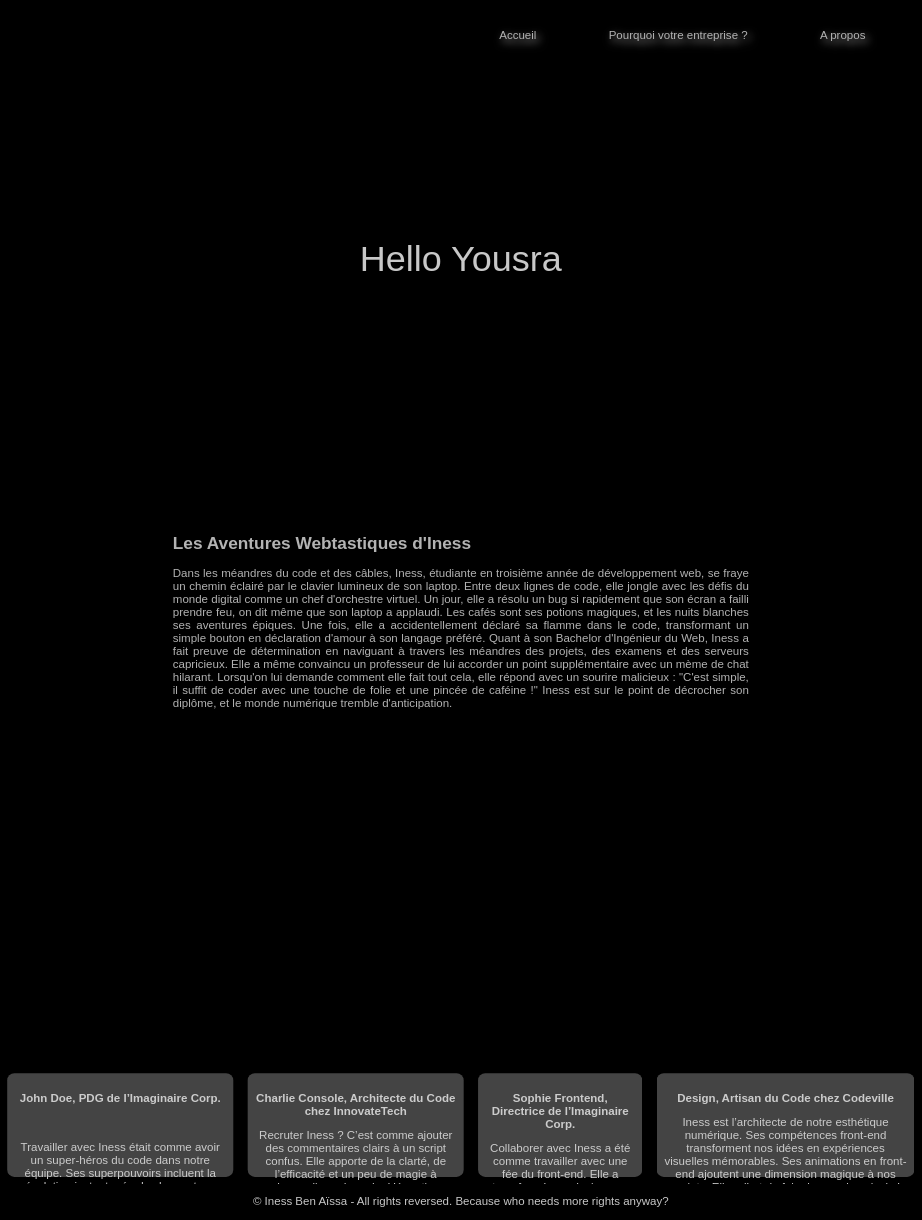
Repository: inessben/application
Page: index.html
An editor plug-in stored every save of this project. The page is shown before and after the next save, followed by the edit.
The browser window is 1280 px wide. The pictures show the whole page, at 72% of full size.

Above is the page before, as saved 2023-12-03 20:29:55.

After the next save:
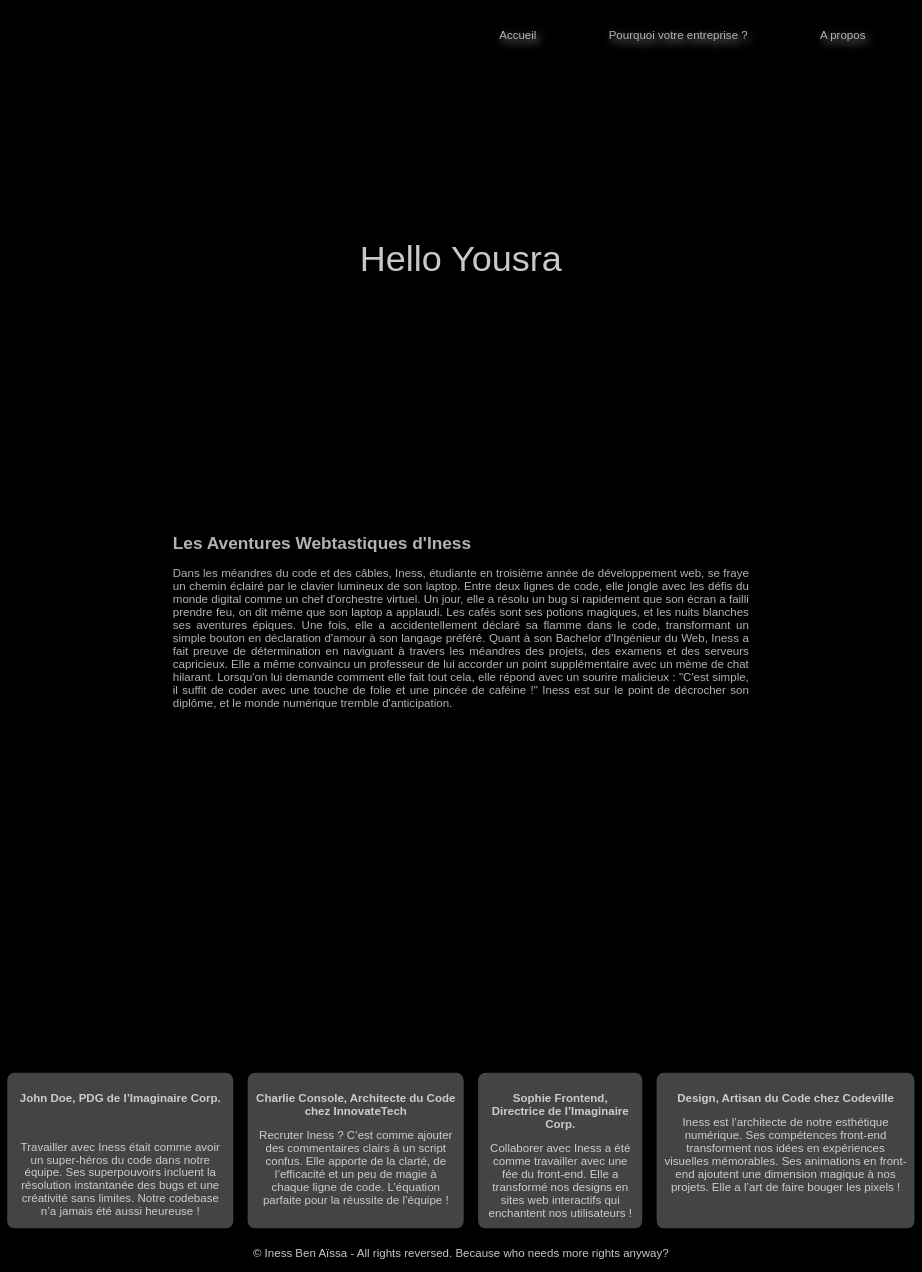
Saved 22 s later.
--- a/index.css
+++ b/index.css
@@ -62,7 +62,8 @@ body {
 #testimonial2,
 #testimonial3,
 #testimonial4{
-    height: 20vh;
+    height: 30vh;
+    justify-content: center;
     background: #565656;
     border-radius: 20px;
     margin: 10px;
